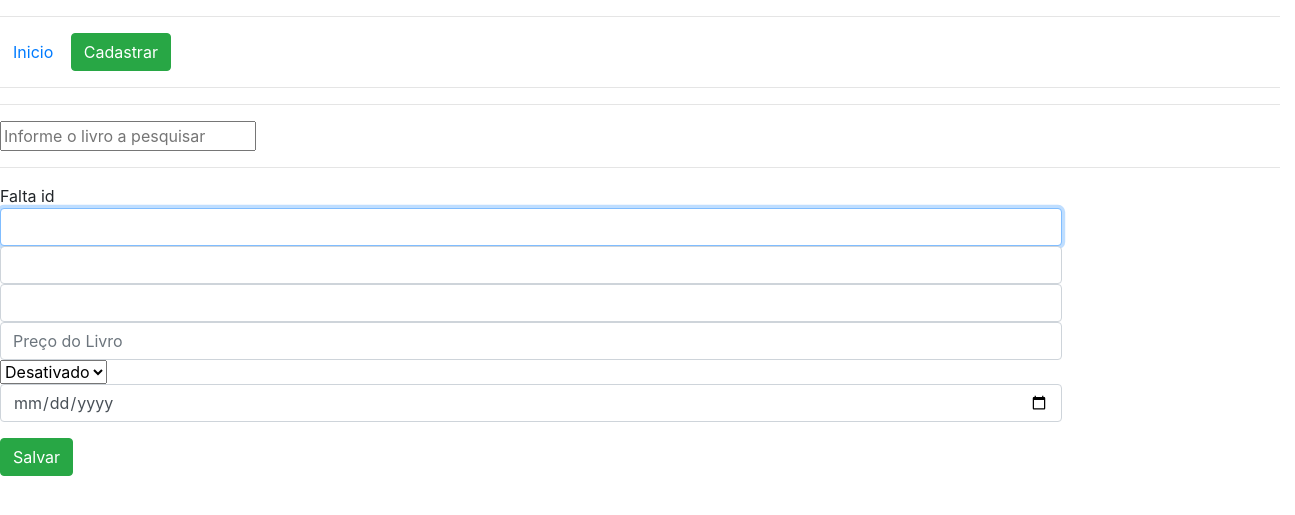
Repository: zz4fff/CRUD-MVC-PHP
Page: http://localhost/view/editar.php
These files come from the project's save history. The page is drawn as it stood at one moment and after the next save; the edit follows.
The browser window is 1280 px wide. The page is 1295 px wide, so the pictures cover 1295 px, including what lies to the right of the window. The pictures show the whole page.
The page is run by PHP 8.4 with error messages shown; the project is at /var/www/html/.

Above is the page before, as saved 2025-01-31 13:43:00.

### view/editar.php
<!DOCTYPE HTML>

<html>
<?php include("head.php") ?>

<body>
  <?php include("menu.php") ?>
  <?php require_once("../controller/ControllerEditar.php"); ?>

  <div class="row">
    <form method="post" action=<?php echo "../controller/ControllerEditar.php?id='".($editar->getNome())."'" ?> id="form" name="form" onsubmit="validar(document.form); return false;" class="col-10">
      <div class="form-group">
        <input class="form-control" type="text" id="nome" name="nome" value="<?php echo $editar->getNome(); ?>" required autofocus>
        <input class="form-control" type="text" id="autor" name="autor" value="<?php echo $editar->getAutor(); ?>" required>
        <input class="form-control" type="number" id="quantidade" name="quantidade" value="<?php echo $editar->getQuantidade(); ?>" required>
        <input class="form-control" type="text" id="preco" name="preco" placeholder="Preço do Livro" onkeyup="formatarMoeda();" value="<?php echo $editar->getPreco(); ?>" required>

        <select name="flag">
          <?php $c = $editar->getFlag(); ?>

          <option value="<?php echo $editar->getFlag(); ?>"><?php echo ($editar->getFlag() == 0) ? "Desativado" : "Ativado" ?></option>
          <option value="<?php echo ($c == 0) ? "1" : "0" ?>"><?php echo ($editar->getFlag() != 0) ? "Desativado" : "Ativado" ?></option>
        </select>

        <input class="form-control" type="date" id="data" name="data" value="<?php echo $editar->getData(); ?>" required>
      </div>
      <div class="form-group">
        <input type="hidden" name="id" value="<?php echo $editar->getNome(); ?>">

        <button type="submit" class="btn btn-success" id="editar" name="submit" value="editar">Salvar</button>
      </div>
    </form>
  </div>

  <script language="javascript" type="text/javascript">
    function formatarMoeda() {
      var elemento = document.getElementById('preco');
      var valor = elemento.value;

      valor = valor + '';
      valor = parseInt(valor.replace(/[\D]+/g, ''));
      valor = valor + '';
      valor = valor.replace(/([0-9]{2})$/g, ",$1");

      if (valor.length > 6) {
        valor = valor.replace(/([0-9]{3}),([0-9]{2}$)/g, ".$1,$2");
      }

      elemento.value = valor;
    }

    function validar(formulario) {
      var quantidade = form.quantidade.value;
      var preco = form.preco.value;

      for (i = 0; i <= formulario.length - 2; i++) {
        if ((formulario[i].value == "")) {
          alert("Preencha o campo " + formulario[i].name);
          formulario[i].focus();

          return false;
        }
      }

      if (quantidade <= 0) {
        alert('A quantidade de páginas não pode ser igual ou inferior a 0');
        form.quantidade.focus();

        return false;
      }

      if (preco <= 0) {
        alert('O preço do livro não pode ser igual ou inferior a 0');
        form.preco.focus();

        return false;
      }

      formulario.submit();
    }
  </script>
</body>

</html>

### view/head.php
<head>
  <meta charset="utf-8">
  <meta name="viewport" content="width=device-width, initial-scale=1.0">
  <title>Livraria</title>
  <link rel="stylesheet" href="https://stackpath.bootstrapcdn.com/bootstrap/4.1.1/css/bootstrap.min.css" integrity="sha384-WskhaSGFgHYWDcbwN70/dfYBj47jz9qbsMId/iRN3ewGhXQFZCSftd1LZCfmhktB" crossorigin="anonymous">
  <script type="text/javascript" src="https://code.jquery.com/jquery-3.3.1.min.js"></script>
</head>

### view/menu.php
<hr>
  <a href="index.php" class="btn btn-default">Inicio</a>
  <a href="cadastro.php" class="btn btn-success">Cadastrar</a>
<hr>

<hr>
  <input id="pesquisarParte" type="text" class="input" placeholder="Informe o livro a pesquisar" onkeypress="pesquisarParte();">
<hr>

<script language="javascript" type="text/javascript">
    function formatarMoeda() {
      var elemento = document.getElementById('pesquisarParte');
      var valor = elemento.value;

    }
</script>

### controller/ControllerEditar.php
<?php
require_once("../model/banco.php");

class editarController {
  private $editar;
  private $nome;
  private $autor;
  private $quantidade;
  private $preco;
  private $data;
  private $flag;

  public function __construct($id) {
    $this->editar = new Banco();
    $this->criarFormulario($id);
  }

  private function criarFormulario($id) {
    if (!isset($id)) {
      echo "Falta id<br>";
    } else {
      $row = $this->editar->pesquisaLivro($id);
      $this->nome = $row['nome'];
      $this->autor = $row['autor'];
      $this->quantidade = $row['quantidade'];
      $this->preco = $row['preco'];
      $this->data = $row['data'];
      $this->flag = $row['flag'];
    }
  }

  public function editarFormulario($nome,$autor,$quantidade,$preco,$data,$flag,$id) {
    if ($this->editar->updateLivro($nome, $autor, $quantidade, $preco, $flag, $data, $id) == TRUE) {
      echo "<script>alert('Registro incluído com
      sucesso!');document.location='../view/index.php'</script>";
    } else {
      echo "<script>alert('Erro ao gravar registro!');history.back()</script>";
    }
  }

  public function getNome() {
    return $this->nome;
  }

  public function getAutor() {
    return $this->autor;
  }

  public function getQuantidade() {
    return $this->quantidade;
  }

  public function getPreco() {
    return $this->preco;
  }

  public function getData() {
    return $this->data;
  }

  public function getFlag() {
    return $this->flag;
  }
}

$id = filter_input(INPUT_GET, 'id');
echo $id;
$editar = new editarController($id);
if (isset($_POST['submit'])) {
  $editar->editarFormulario($_POST['nome'], $_POST['autor'],
  $_POST['quantidade'], $_POST['preco'], $_POST['data'], $_POST['flag'],
  $_POST['id']);
}
?>

### model/banco.php
<?php
require_once("../init.php");

class Banco{
  protected $mysqli;

  public function __construct() {
    $this->conexao();
  }

  private function conexao() {
    $this->mysqli = new mysqli(BD_SERVIDOR, BD_USUARIO, BD_SENHA, BD_BANCO);
    if (!$this->mysqli->ping()) {
      printf("Error: %s\n", $this->mysqli->error);
    }
  }

  public function setLivro($nome, $autor, $quantidade, $preco, $data) {
    $stmt = $this->mysqli->prepare("INSERT INTO livros (`nome`, `autor`, `quantidade`, `preco`, `data`) VALUES (?,?,?,?,?)");
    $stmt->bind_param("sssss", $nome, $autor, $quantidade, $preco, $data);
    if ($stmt->execute() == TRUE) {
      return true;
    } else  {
      return false;
    }
  }

  public function getLivro() {
    $result = $this->mysqli->query("SELECT * FROM `livros`");
    while ($row = $result->fetch_array(MYSQLI_ASSOC)) {
      $array[] = $row;
    }
    return $array;
  }

  public function deleteLivro($id) {
    // TODO: Inserir confirmação de exclusão aqui
    if ($this->mysqli->query("DELETE FROM `livros` WHERE `nome` = '".$id."';") == TRUE) {
      return true;
    } else {
      return false;
    }
  }

  public function pesquisaLivro($id) {
    $result = $this->mysqli->query("SELECT * FROM `livros` WHERE `nome`='$id';");
    return $result->fetch_array(MYSQLI_ASSOC);
  }

  public function pesquisaParteDeLivro($parte_do_nome) {
    $result = $this->mysqli->query("SELECT * FROM `livros` WHERE `nome` LIKE '%$parte_do_nome%';");
    return $result->fetch_array(MYSQLI_ASSOC);
  }

  public function updateLivro($nome, $autor, $quantidade, $preco, $flag, $data, $id) {
    $stmt = $this->mysqli->prepare("UPDATE `livros` SET `nome`=?, `autor`=?, `quantidade`=?, `preco`=?, `flag`=?,`data`=? WHERE `nome`=? ");
    $stmt->bind_param("sssssss", $nome, $autor, $quantidade, $preco, $flag, $data, $id);
    if ($stmt->execute() == TRUE)   {
      return true;
    } else {
      return false;
    }
  }
}
?>

### init.php
<?php
// timezone
date_default_timezone_set('America/Sao_Paulo');

// conexão com o banco de dados
define('BD_SERVIDOR', 'localhost');
define('BD_USUARIO', 'root');
define('BD_SENHA', '');
define('BD_BANCO', 'livraria');
?>

After the next save:
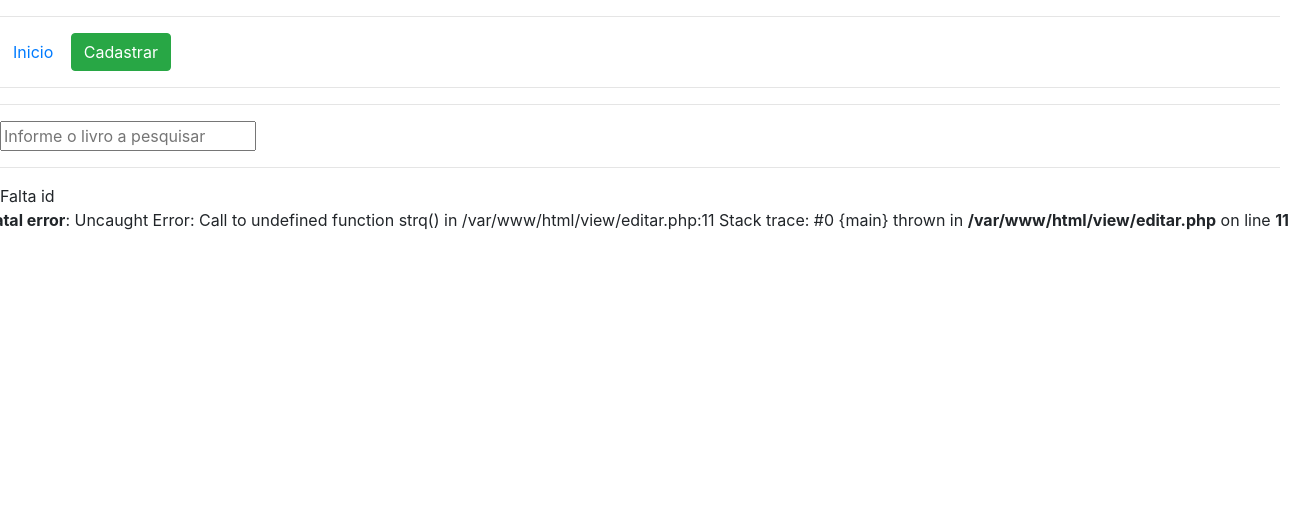
Saved 4 min 9 s later.
--- a/view/editar.php
+++ b/view/editar.php
@@ -8,7 +8,7 @@
   <?php require_once("../controller/ControllerEditar.php"); ?>
 
   <div class="row">
-    <form method="post" action=<?php echo "../controller/ControllerEditar.php?id='".($editar->getNome())."'" ?> id="form" name="form" onsubmit="validar(document.form); return false;" class="col-10">
+    <form method="post" action=<?php echo "../controller/ControllerEditar.php?id=".strq($editar->getNome()) ?> id="form" name="form" onsubmit="validar(document.form); return false;" class="col-10">
       <div class="form-group">
         <input class="form-control" type="text" id="nome" name="nome" value="<?php echo $editar->getNome(); ?>" required autofocus>
         <input class="form-control" type="text" id="autor" name="autor" value="<?php echo $editar->getAutor(); ?>" required>

After the save that followed:
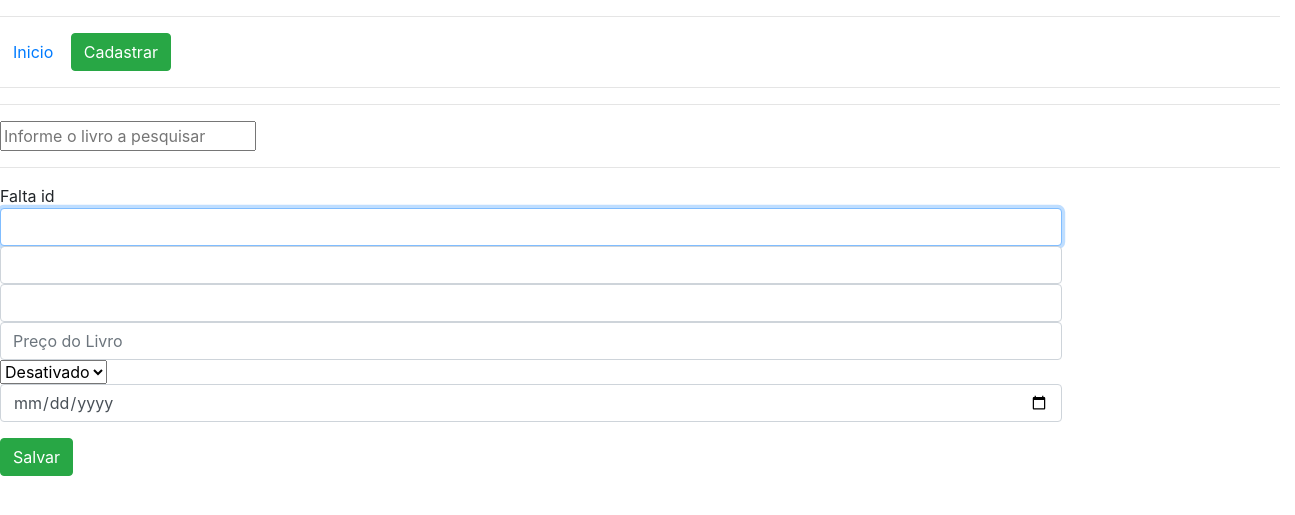
Saved 32 s later.
--- a/view/editar.php
+++ b/view/editar.php
@@ -8,7 +8,7 @@
   <?php require_once("../controller/ControllerEditar.php"); ?>
 
   <div class="row">
-    <form method="post" action=<?php echo "../controller/ControllerEditar.php?id=".strq($editar->getNome()) ?> id="form" name="form" onsubmit="validar(document.form); return false;" class="col-10">
+    <form method="post" action=<?php echo "../controller/ControllerEditar.php?id=".($editar->getNome()) ?> id="form" name="form" onsubmit="validar(document.form); return false;" class="col-10">
       <div class="form-group">
         <input class="form-control" type="text" id="nome" name="nome" value="<?php echo $editar->getNome(); ?>" required autofocus>
         <input class="form-control" type="text" id="autor" name="autor" value="<?php echo $editar->getAutor(); ?>" required>
